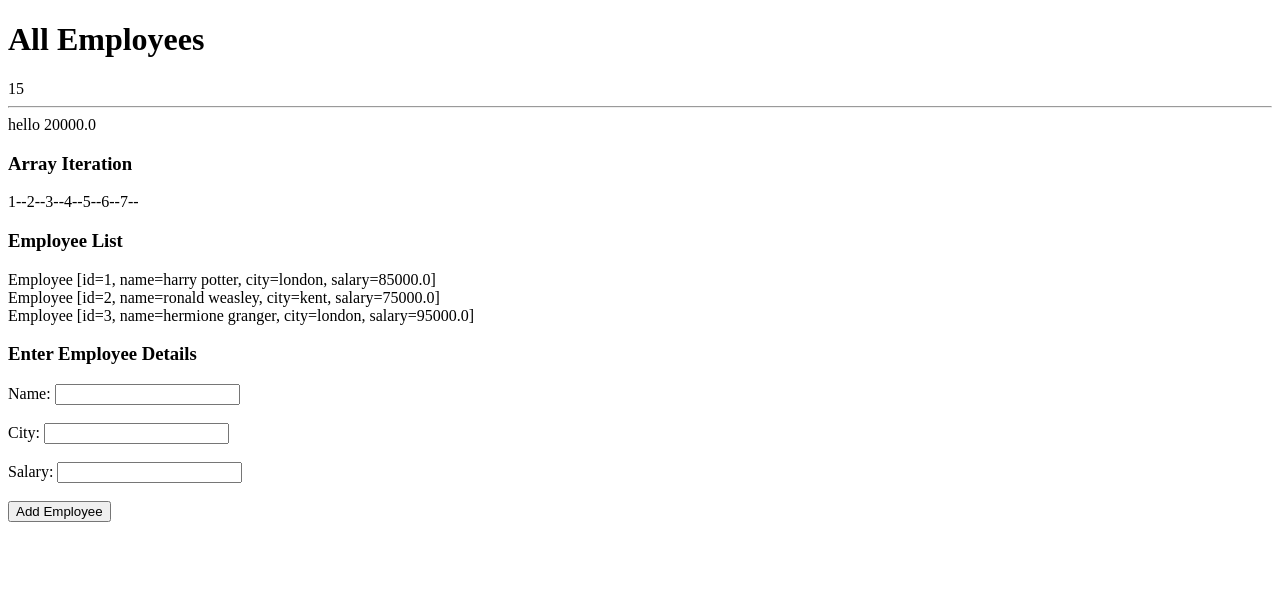
Repository: imtiyaz-hirani/cg-jan-23
Page: http://localhost/MySpringApp/employees
The author's editor kept a copy of each file at every save. The page is drawn from the files as they stood at one save, then again after the next save.
The browser window is 1280 px wide. The pictures show the whole page.
The page is served by Tomcat 9.

Above is the page before, as saved 2023-01-12 09:28:28.

After the next save:
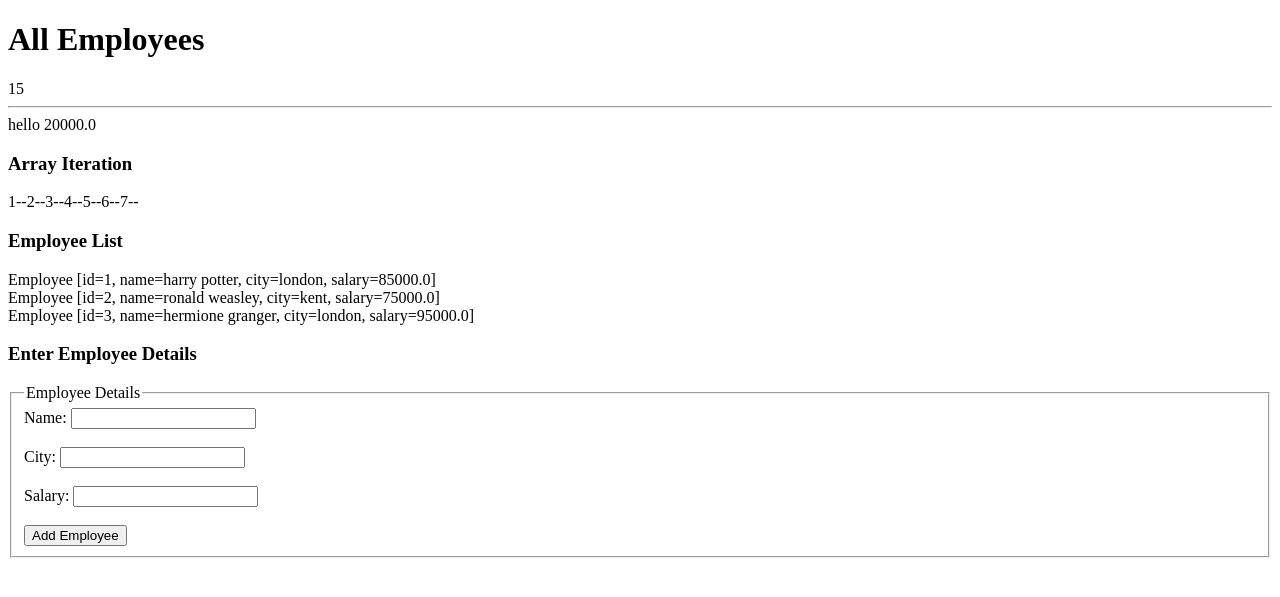
Saved 63 s later.
--- a/MySpringApp/WebContent/WEB-INF/jsps/employees.jsp
+++ b/MySpringApp/WebContent/WEB-INF/jsps/employees.jsp
@@ -44,6 +44,8 @@
  %>
 
  <h3>Enter Employee Details</h3>
+ <fieldset>
+ <legend>Employee Details</legend>
  <form action="" method="">
  	<label>Name: </label>
  	<input type="text" name="ename"> <br /> <br />
@@ -53,6 +55,7 @@
  	<input type="number" name="esalary"> <br /> <br />
  	<input type="submit" value="Add Employee">
  </form>
+ </fieldset>
 </body>
 </html>
 
